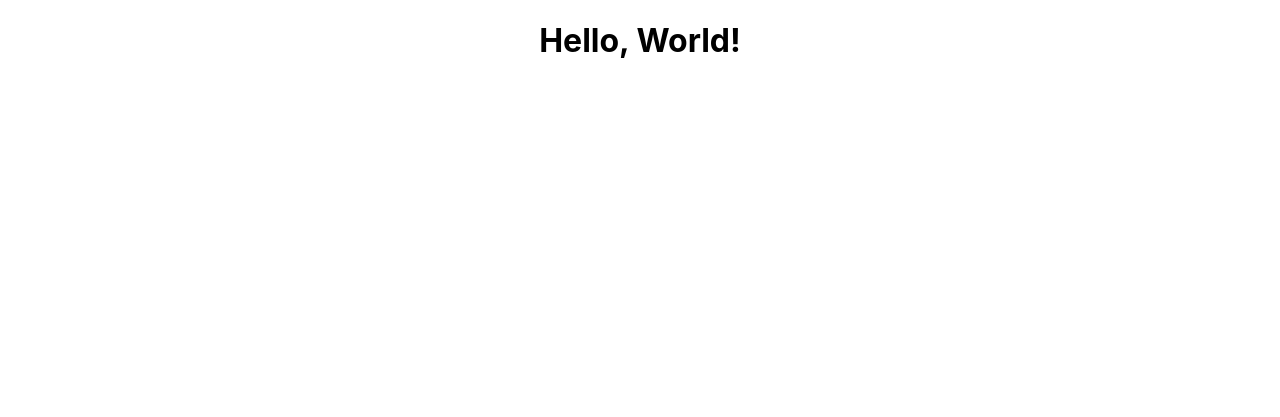
Repository: Christien-14/mon-site-react
Page: /
These files come from the project's save history. The page is drawn as it stood at one moment and after the next save; the edit follows.
The browser window is 1280 px wide. The pictures show the whole page.
The project was rebuilt for these pictures with package versions that can differ from the ones it lists, and the page was loaded fresh each time.

Above is the page before, as saved 2024-05-15 12:35:06.

After the next save:
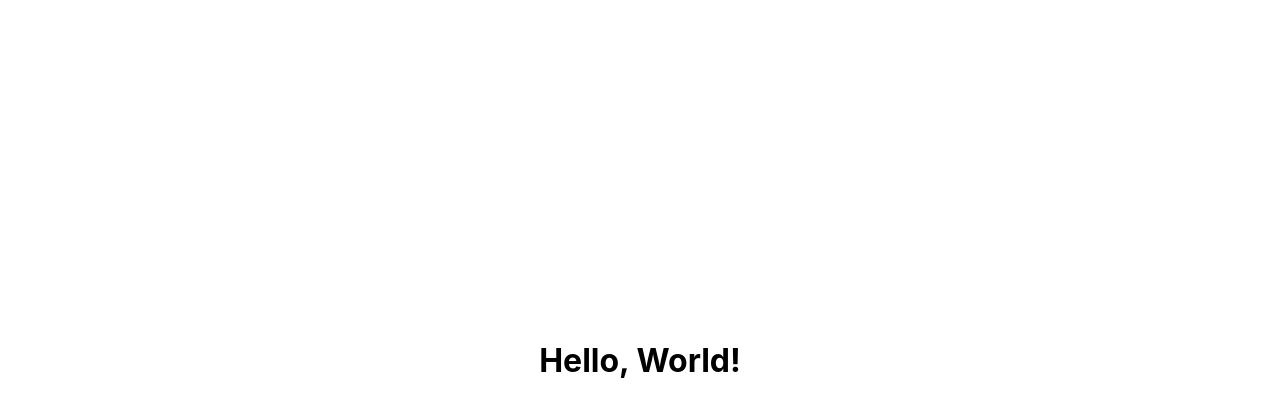
Saved 30 s later.
--- a/src/App.css
+++ b/src/App.css
@@ -2,8 +2,9 @@
     display: flex;
     justify-content: center;
     align-items: center;
-}
+    height: 100vh; /* Cela centre verticalement le contenu sur toute la hauteur de la fenêtre */
+  }
 
-.body {
-    text-align: center;
-}
+  .title {
+    text-align: center; /* Cela centre horizontalement le texte */
+  }
